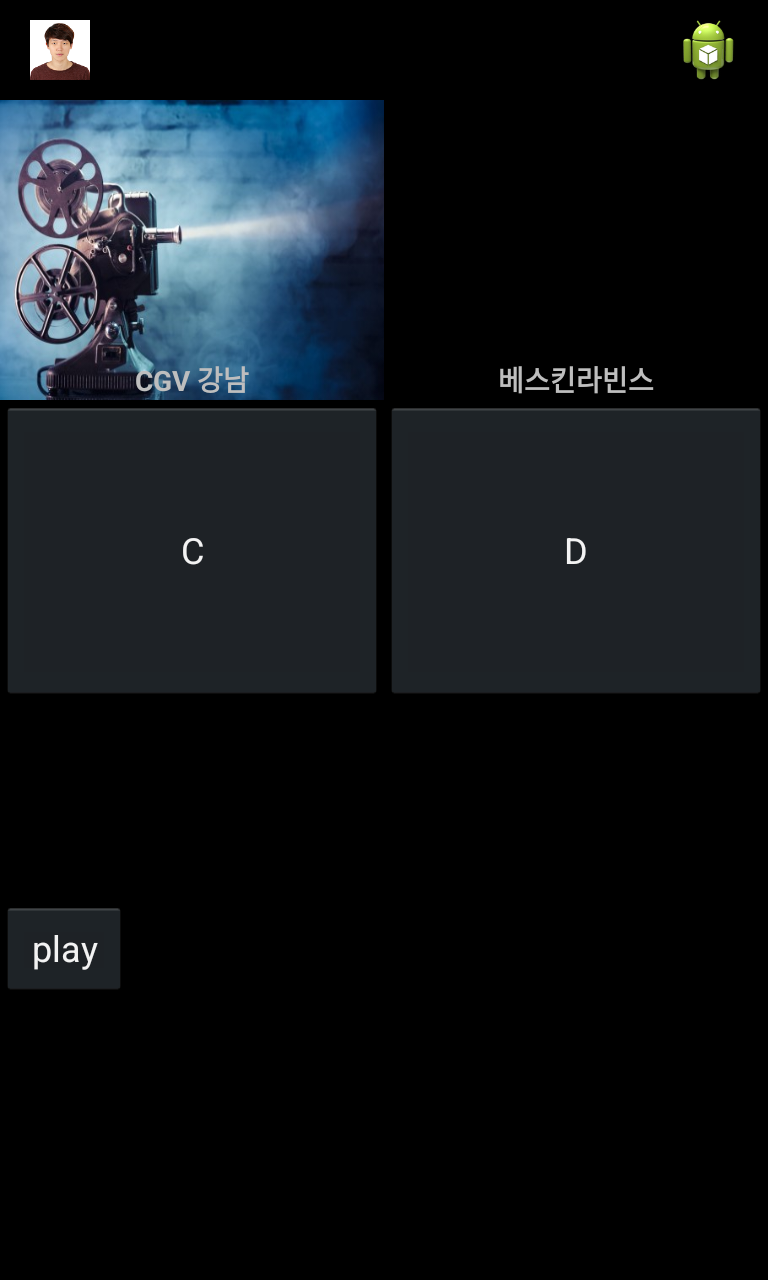
Repository: Minsu-Daniel-Kim/tipinboard1.0
Layout: TipinBoard1.0/res/layout/activity_main.xml
The author's editor kept a copy of each file at every save. The layout is drawn from the files as they stood at one save, then again after a run of saves.
It is drawn on a 768 x 1280 px phone screen (xhdpi) without system bars, with theme android:Theme.Holo; the app's code is not run.

Above is the layout before, as saved 2013-04-15 14:05:56.

### TipinBoard1.0/res/layout/activity_main.xml
<?xml version="1.0" encoding="utf-8"?>
<LinearLayout xmlns:android="http://schemas.android.com/apk/res/android"
    android:layout_width="fill_parent"
    android:layout_height="fill_parent"
    android:orientation="vertical" >

    <RelativeLayout
        android:id="@+id/imageView1"
        android:layout_width="fill_parent"
        android:layout_height="50dp"
        android:orientation="horizontal" >

        <RelativeLayout
            android:id="@+id/imageView1"
            android:layout_width="fill_parent"
            android:layout_height="50dp"
            android:onClick="myPage"
            android:orientation="horizontal" >

            <ImageView
                android:id="@+id/iv_profile"
                android:layout_width="40dp"
                android:layout_height="40dp"
                android:layout_alignParentBottom="true"
                android:layout_alignParentLeft="true"
                android:layout_margin="10dp"
                android:onClick="myPage"
                android:src="@drawable/daniel" />

            <TextView
                android:id="@+id/tv_username"
                android:layout_width="wrap_content"
                android:layout_height="fill_parent"
                android:layout_toRightOf="@+id/iv_profile"
                android:gravity="center_vertical"
                android:onClick="myPage"
                android:textStyle="bold" />
        </RelativeLayout>

        <ImageView
            android:layout_width="40dp"
            android:layout_height="40dp"
            android:layout_alignParentBottom="true"
            android:layout_alignParentRight="true"
            android:layout_margin="10dp"
            android:src="@drawable/ic_launcher" />
    </RelativeLayout>

    <LinearLayout
        xmlns:android="http://schemas.android.com/apk/res/android"
        android:layout_width="fill_parent"
        android:layout_height="wrap_content"
        android:orientation="horizontal" >

        <RelativeLayout
            android:id="@+id/button1"
            android:layout_width="0dp"
            android:layout_height="150dp"
            android:layout_weight="1"
            android:background="@drawable/movie"
            android:onClick="detail" >

            <TextView
                android:id="@+id/textView1"
                android:layout_width="fill_parent"
                android:layout_height="wrap_content"
                android:layout_alignParentBottom="true"
                android:gravity="center_horizontal"
                android:text="CGV 강남"
                android:textStyle="bold" />
        </RelativeLayout>

        <RelativeLayout
            android:id="@+id/button1"
            android:layout_width="0dp"
            android:layout_height="150dp"
            android:layout_weight="1"
            android:onClick="detail" >

            <TextView
                android:id="@+id/textView1"
                android:layout_width="fill_parent"
                android:layout_height="wrap_content"
                android:layout_alignParentBottom="true"
                android:gravity="center_horizontal"
                android:text="베스킨라빈스"
                android:textStyle="bold" />
        </RelativeLayout>
    </LinearLayout>

    <LinearLayout
        xmlns:android="http://schemas.android.com/apk/res/android"
        android:layout_width="fill_parent"
        android:layout_height="wrap_content"
        android:orientation="horizontal" >

        <Button
            android:id="@+id/button1"
            android:layout_width="0dp"
            android:layout_height="150dp"
            android:layout_weight="1"
            android:text="C" />

        <Button
            android:id="@+id/button1"
            android:layout_width="0dp"
            android:layout_height="150dp"
            android:layout_weight="1"
            android:text="D" />
    </LinearLayout>

    <FrameLayout
        android:id="@+id/videoLayout"
        android:layout_width="120dp"
        android:layout_height="100dp" />

    <Button
        android:id="@+id/button2"
        android:layout_width="wrap_content"
        android:layout_height="wrap_content"
        android:onClick="play"
        android:text="play" />

</LinearLayout>

After the next 2 saves:
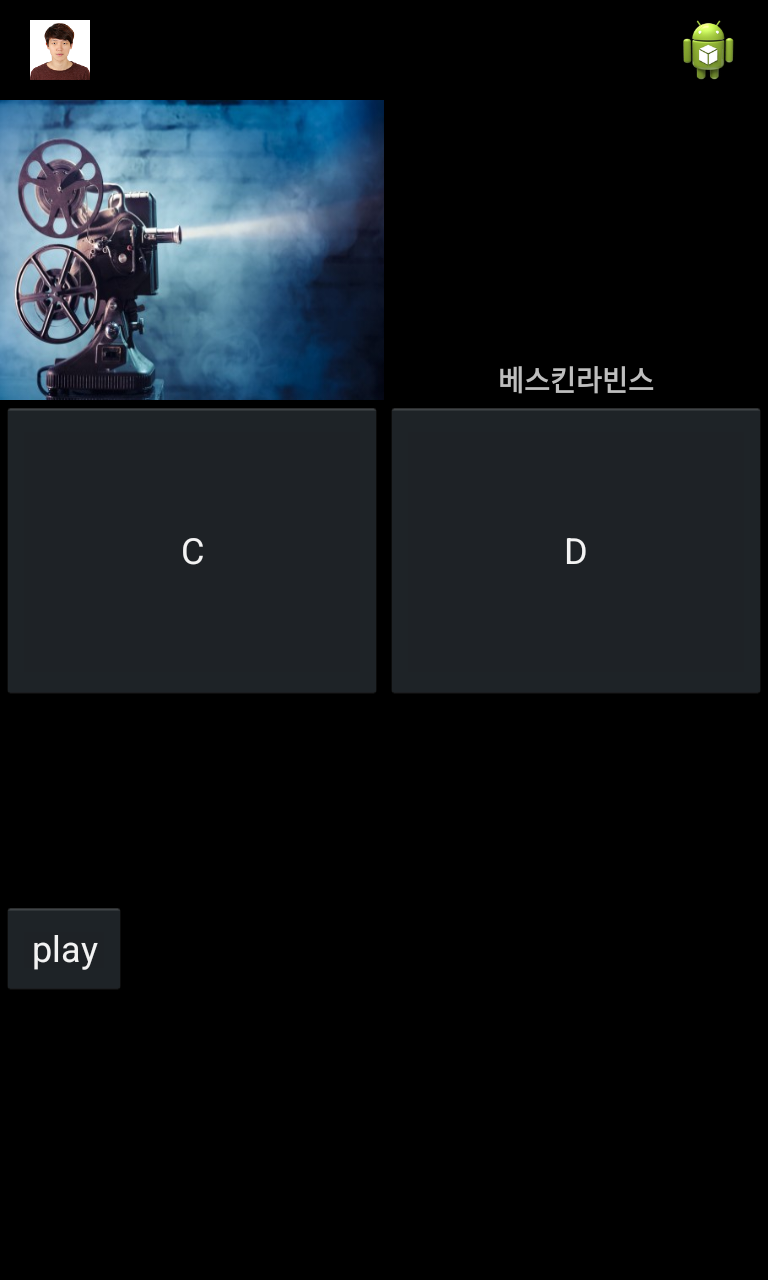
The 2 saves are shown as one change because 1 did not build or start.
The last was saved 2 min 33 s later.
--- a/TipinBoard1.0/res/layout/activity_main.xml
+++ b/TipinBoard1.0/res/layout/activity_main.xml
@@ -52,24 +52,15 @@
         android:layout_height="wrap_content"
         android:orientation="horizontal" >
 
-        <RelativeLayout
+        <ImageButton
             android:id="@+id/button1"
             android:layout_width="0dp"
             android:layout_height="150dp"
             android:layout_weight="1"
             android:background="@drawable/movie"
-            android:onClick="detail" >
-
-            <TextView
-                android:id="@+id/textView1"
-                android:layout_width="fill_parent"
-                android:layout_height="wrap_content"
-                android:layout_alignParentBottom="true"
-                android:gravity="center_horizontal"
-                android:text="CGV 강남"
-                android:textStyle="bold" />
-        </RelativeLayout>
-
+            android:onClick="detail"
+            android:text="CGV 강남"
+            android:textStyle="bold" />
         <RelativeLayout
             android:id="@+id/button1"
             android:layout_width="0dp"
